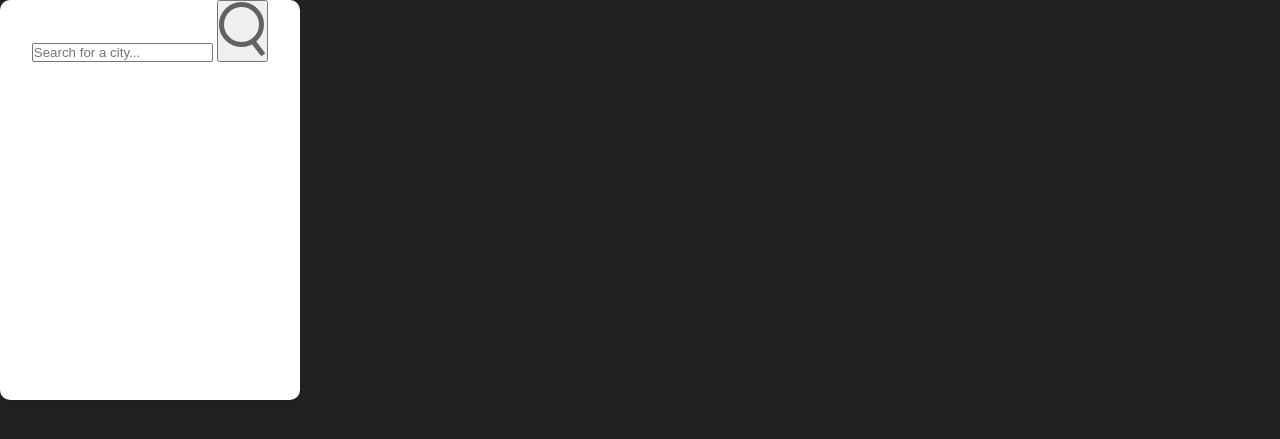
Repository: Abdelilah-Lakrim/Weather-App
Page: index.html
These files come from the project's save history. The page is drawn as it stood at one moment and after a run of saves; the edit follows.
The browser window is 1280 px wide. The pictures show the whole page.

Above is the page before, as saved 2025-06-17 11:00:36.

After the next 3 saves:
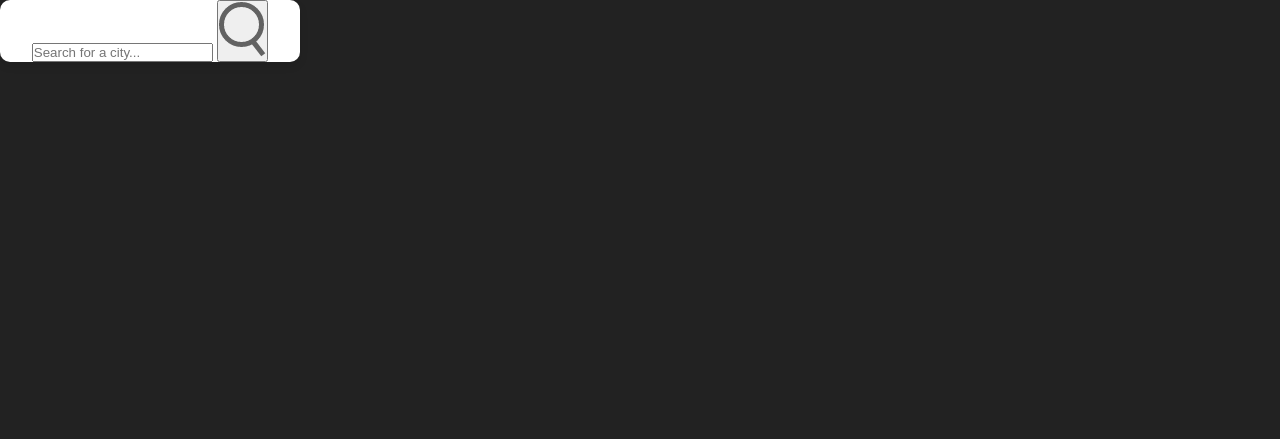
The 3 saves are shown as one change because they came seconds apart.
The last was saved 22 s later.
--- a/style.css
+++ b/style.css
@@ -10,7 +10,7 @@ body{
 }
 .card{
     width: 300px;
-    height: 400px;
+    max-width: 470px;
     background-color: #fff;
     border-radius: 10px;
     box-shadow: 0 4px 8px rgba(0, 0, 0, 0.1);
